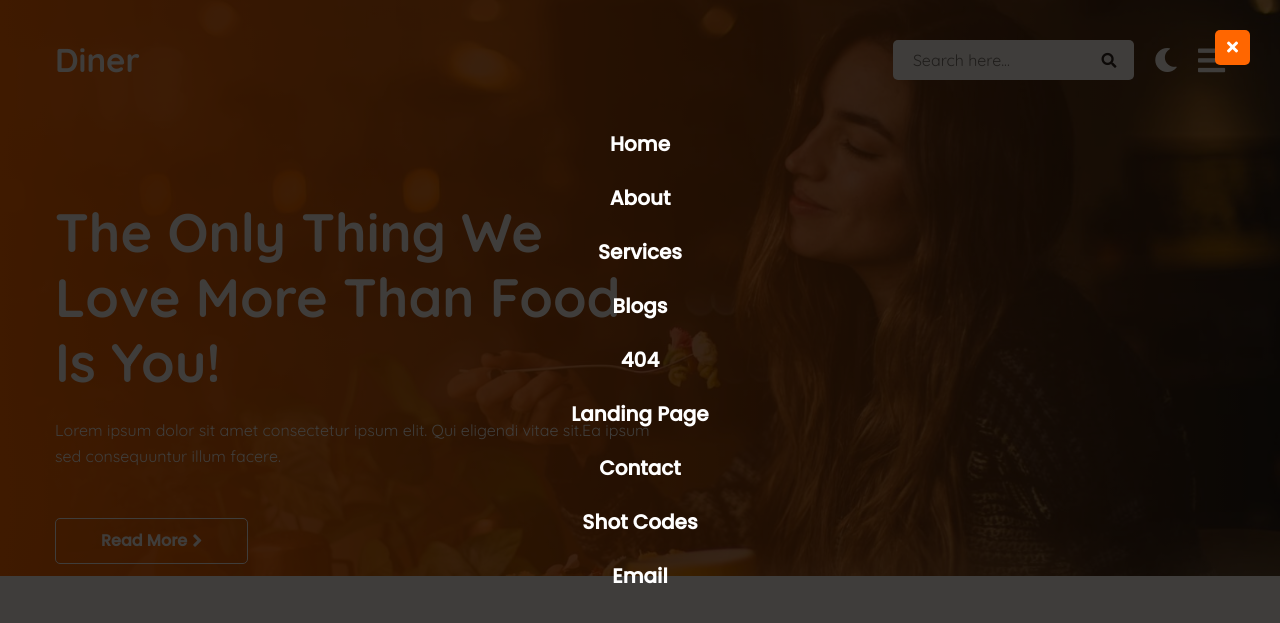
Repository: baobaodeveloper/bootscap21_project_AnhBao_VietToan_VietDuc
Page: index.html
An editor plug-in stored every save of this project. The page is shown before and after the next save, followed by the edit.
The browser window is 1280 px wide. The pictures show the whole page.

Above is the page before, as saved 2022-03-02 23:52:52.

After the next save:
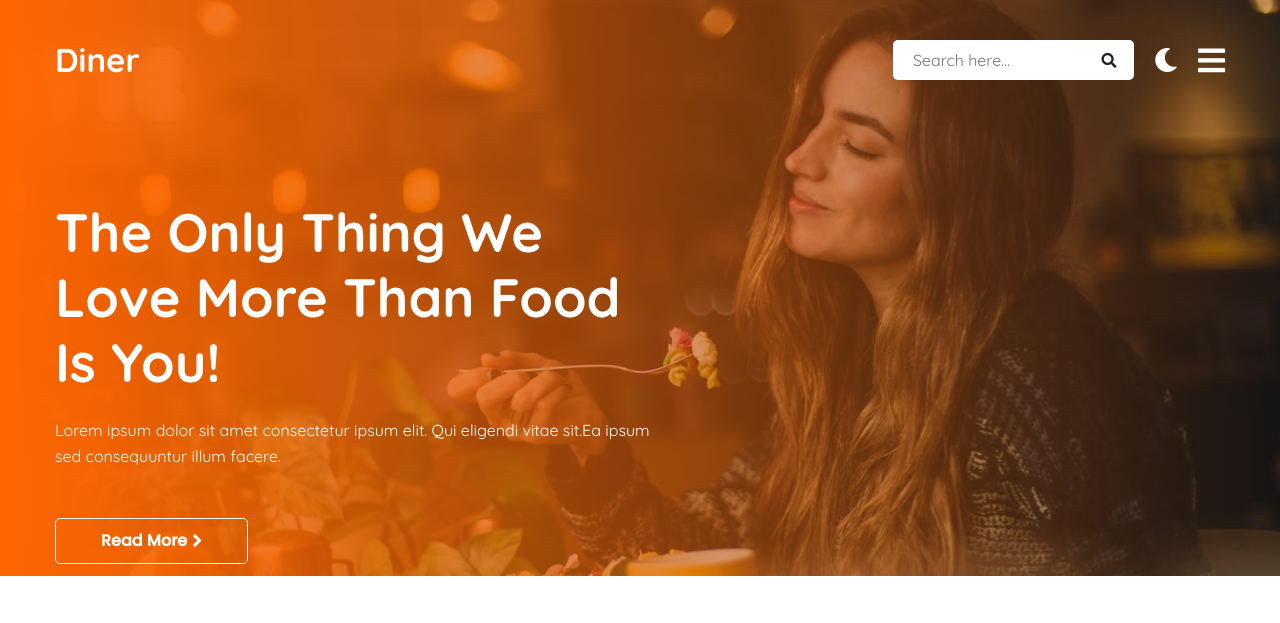
Saved 3 min 15 s later.
--- a/style.css
+++ b/style.css
@@ -191,6 +191,10 @@
   align-items: center;
   justify-content: center;
 
+  visibility: hidden;
+  opacity: 0;
+  transform: scale(0.9);
+
   background-color: rgb(6 3 0 / 77%);
 }
 

After the 4 saves that followed:
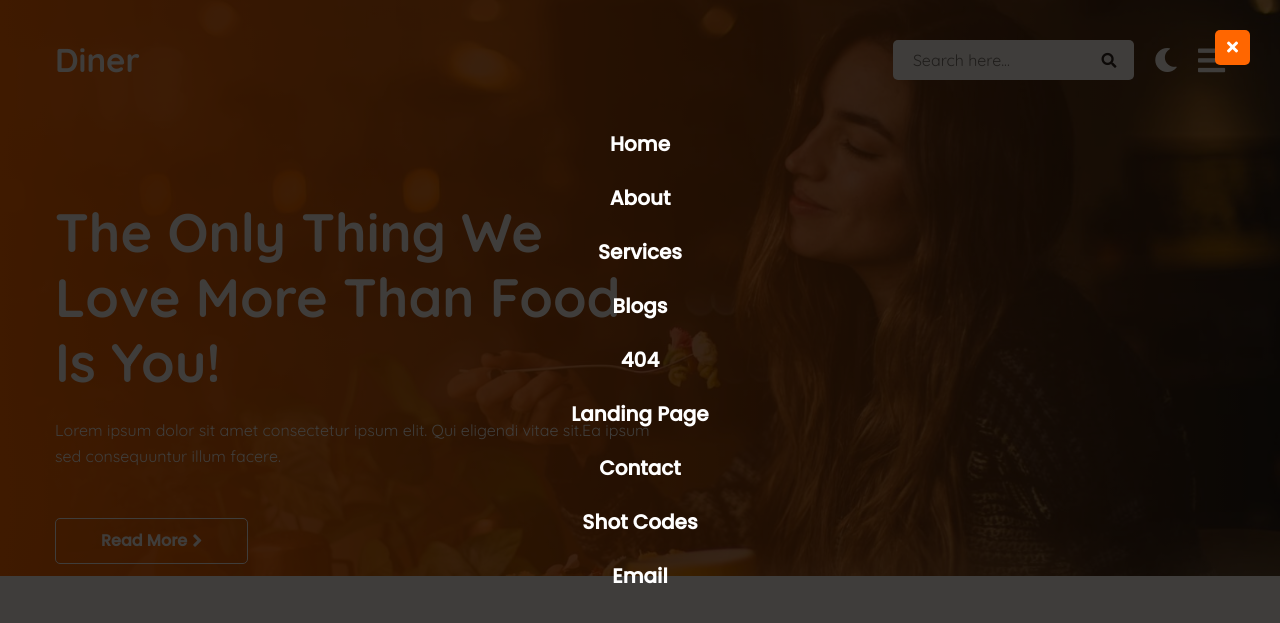
The 4 saves are shown as one change because 3 left the picture as it was.
The last was saved 61 s later.
--- a/index.html
+++ b/index.html
@@ -45,7 +45,7 @@
             <div class="fa fa-bars" id="menu-button"></div>
           </div>
 
-          <nav class="navbar__list">
+          <nav class="navbar__list active">
             <i class="fas fa-times" id="close-button"></i>
             <a href="#">home</a>
             <a href="#">about</a>
--- a/style.css
+++ b/style.css
@@ -196,6 +196,14 @@
   transform: scale(0.9);
 
   background-color: rgb(6 3 0 / 77%);
+
+  transition: 0.3s linear;
+}
+
+.navbar__list.active {
+  visibility: visible;
+  opacity: 1;
+  transform: scale(1);
 }
 
 .navbar__list a {
